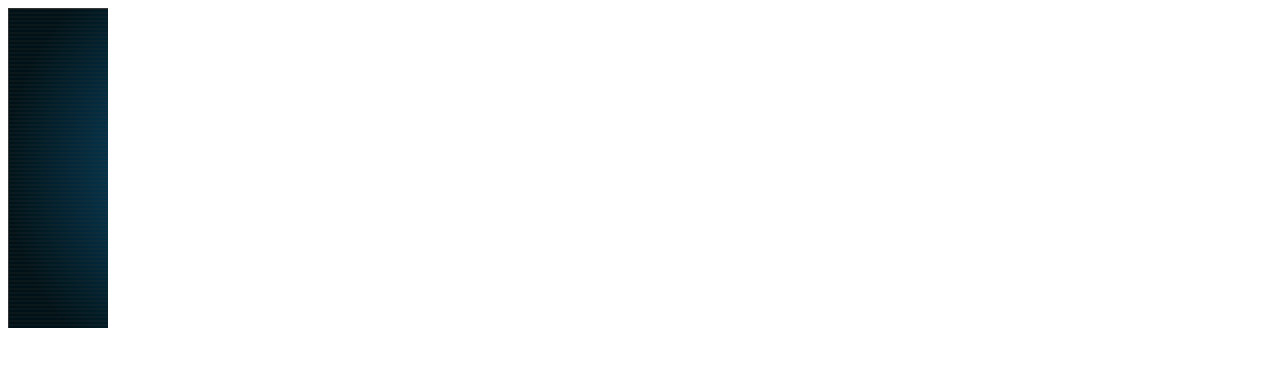
Repository: nourHellani/PongGame
Page: index.html
An editor plug-in stored every save of this project. The page is shown before and after the next save, followed by the edit.
The browser window is 1280 px wide. The pictures show the whole page.

Above is the page before, as saved 2023-01-31 12:24:36.

After the next save:
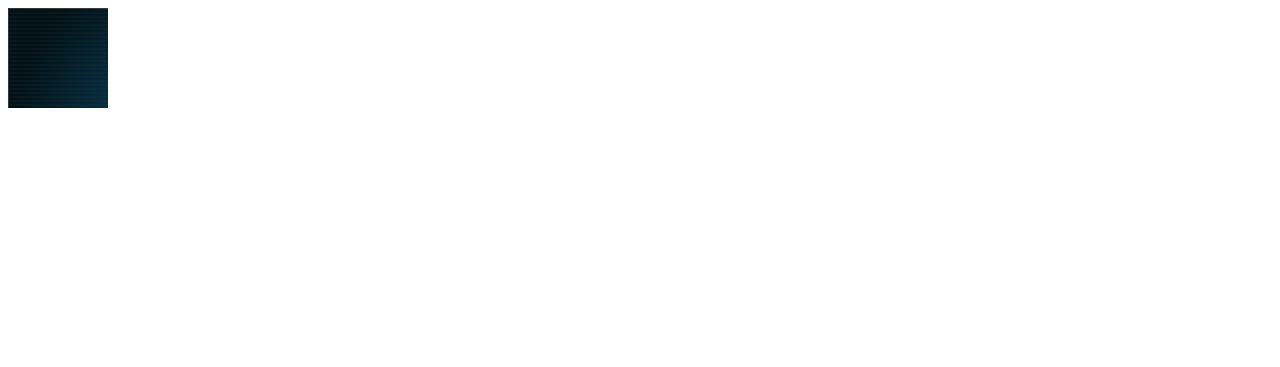
Saved 8 s later.
--- a/index.html
+++ b/index.html
@@ -16,6 +16,6 @@
 		<script src="https://code.jquery.com/jquery-3.5.1.min.js"></script>
 	</head>
 	<body onload="Main();">
-		<canvas id="Pong" width=100% height="320"></canvas>
+		<canvas id="Pong" width=100% height=100%></canvas>
 	</body>
 </html>
